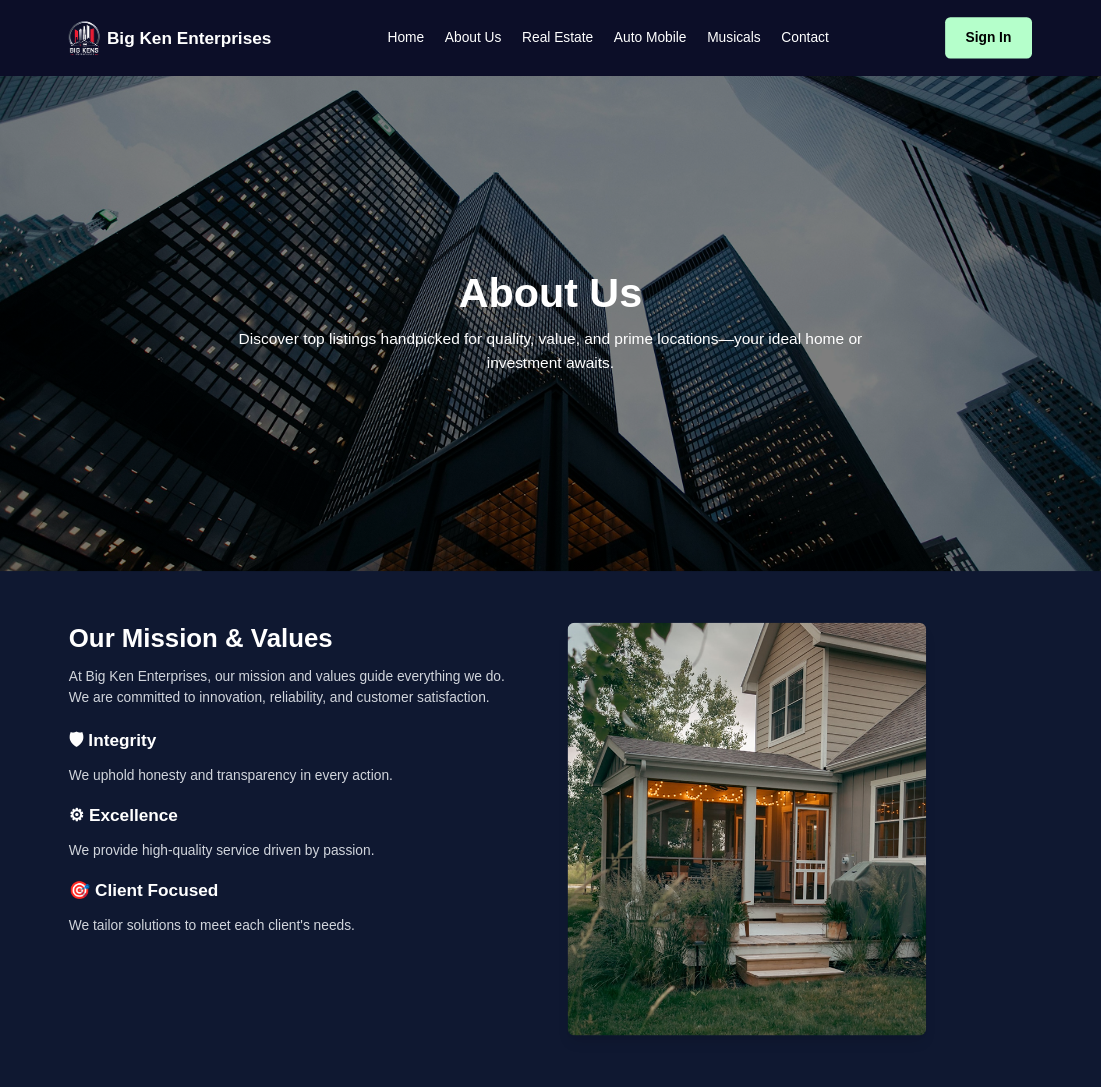
Repository: techvaro/Big-kens-realty-Frontend-react-
Page: /about (app in big-kens-realty/)
An editor plug-in stored every save of this project. The page is shown before and after the next save, followed by the edit.
The browser window is 1280 px wide. The pictures show the whole page, at 86% of full size.
The project was rebuilt for these pictures with package versions that can differ from the ones it lists, and the page was loaded fresh each time. Also part of the build but not shown: big-kens-realty/vite.config.js, big-kens-realty/src/components/Footer/Footer.jsx, big-kens-realty/src/components/Home/hero.jsx, big-kens-realty/src/components/Home/Services.jsx, big-kens-realty/src/components/Home/Stats.jsx, big-kens-realty/src/components/Home/About.jsx, big-kens-realty/src/components/Home/FeaturedProperties.jsx, big-kens-realty/src/components/Home/AutoMobileSale.jsx and 2 more.

Above is the page before, as saved 2025-12-08 14:56:06.

After the next save:
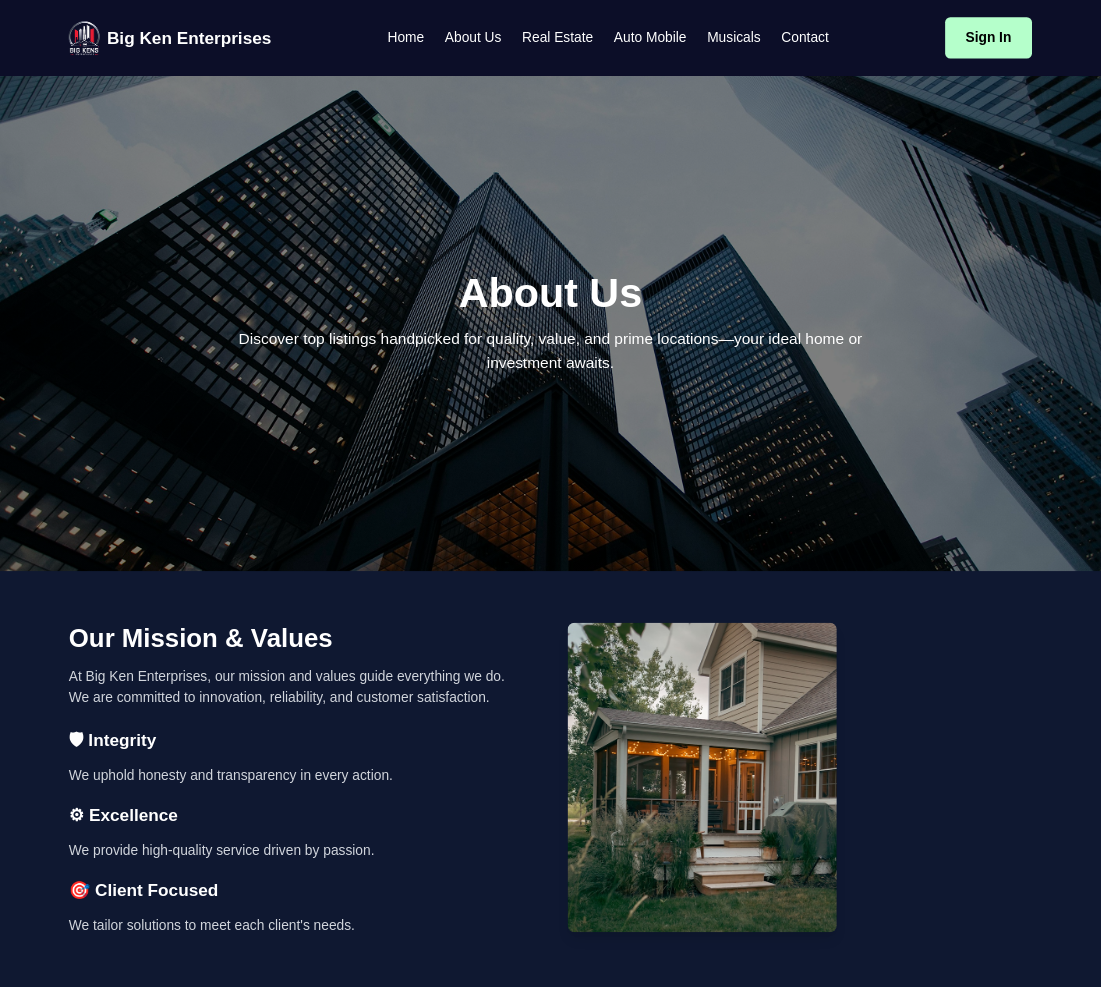
Saved 5 s later.
--- a/big-kens-realty/src/components/About/mission.jsx
+++ b/big-kens-realty/src/components/About/mission.jsx
@@ -28,7 +28,7 @@ and customer satisfaction.
 </div>
 
 
-<img src={heroImage} alt="House" className="rounded-lg shadow-lg h-120" />
+<img src={heroImage} alt="House" className="rounded-lg shadow-lg h-90" />
 </section>
 );
 }
